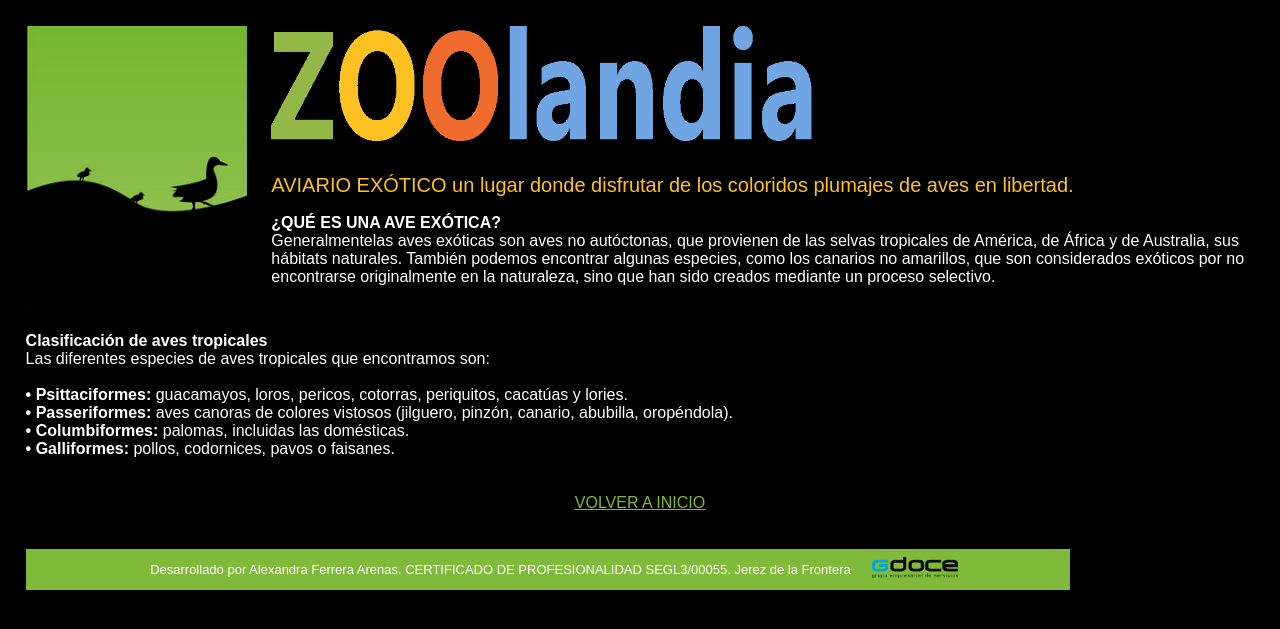
Repository: iSaan86/EV_Pr-ctica_Zoolandia
Page: aviario.html
The author's editor kept a copy of each file at every save. The page is drawn from the files as they stood at one save, then again after the next save.
The browser window is 1280 px wide. The pictures show the whole page.

Above is the page before, as saved 2023-11-27 18:37:25.

### aviario.html
<!DOCTYPE html>
<html lang="es-ES">
	<head>
		<title>
			ZOOlandia Aviario
		</title>
		<meta charset="UTF-8">
		<meta name="viewport" content="width=device-width, initial-scale=1.0">
		<meta name="keywords" content="zoo, aventura, naturaleza, aviario, sabana">
		<meta name="description" content="Aviario Exótico ZOOlandia">
		<meta name="author" content="Alexandra Ferrera Arenas">
		<link rel="icon" type="image/x-icon" href="img/favicon.png">

    </head>

    <body style="background-color:black;font-family: Arial, Helvetica, sans-serif; padding: 2%; margin:0">
     <!--Seccion de arriba-->
     <!--Imagen y texto-->
        <section style="display: flex; width: 100%;">
            <article style="width: 20%; justify-content: center;">
                <img src="img/imagen1.jpg" alt="Aviario Exótico" title="Aviario Exótico" width="90%">
            </article>
            <article style="width: 80%">
                <section>
                    <img src="img/zoolandia_titulo.gif" alt="Zoolandia Logo" width="55%" style="text-align: left;">
                </section>
                <section style="margin:3% 0%">
                    <h2 style="color:#fdc122; text-align: left; font-weight: normal; font-size: 20px;">
                        AVIARIO EXÓTICO un lugar donde disfrutar de los coloridos plumajes de aves en libertad.
                    </h2>
                    <p style="color: white;font-weight: lighter;">
                        <strong> ¿QUÉ ES UNA AVE EXÓTICA?</strong>
                        <br>Generalmentelas aves exóticas son aves no autóctonas, que provienen de las selvas tropicales de América, de África y de Australia, sus hábitats naturales. También podemos encontrar algunas especies, como los canarios no amarillos, que son considerados exóticos por no encontrarse originalmente en la naturaleza, sino que han sido creados mediante un proceso selectivo.
                    </p>
                </section>
            </article>
        </section>
    <!--Texto Clasificación Aves-->

        <section>
            <p  style="color: white; font-weight: lighter;">
                <strong> Clasificación de aves tropicales</strong>
                <br>Las diferentes especies de aves tropicales que encontramos son:
                <br><br><strong>• Psittaciformes:</strong> guacamayos, loros, pericos, cotorras, periquitos, cacatúas y lories.
                <br><strong>• Passeriformes:</strong> aves canoras de colores vistosos (jilguero, pinzón, canario, abubilla, oropéndola).
                <br><strong>• Columbiformes:</strong> palomas, incluidas las domésticas.
                <br><strong>• Galliformes:</strong> pollos, codornices, pavos o faisanes.
            </p>
        </section>

    <!--Enlace Volver a Inicio-->
       <section style="width: 100%; justify-content: center; align-items:center; text-align: center; margin: 3% 0%">
        <a href="index.html" style="color:#80ba3a"> VOLVER A INICIO</a>
       </section>

    <!--Pie de página-->
        <footer style="display: flex; width: 100%; margin:3% 0%;">
            <section style="display: flex; width: 85%; background-color:#80ba3a; align-items: center; justify-content: center; text-align: center;">
     <!--Texto pie de página-->
                <article style="width: 75%; text-align: right;">
                    <p style="color:white; font-size: 13px;width: 100%;">
                Desarrollado por Alexandra Ferrera Arenas. CERTIFICADO DE PROFESIONALIDAD SEGL3/00055. Jerez de la Frontera
                    </p>
                </article>
     <!--Logo Gdoce pie de página-->
                <article style="width: 15%; margin-left: 2%; text-align: left">
                    <img src="img/logo.png" alt="Logo G-Doce" width="55%">
                </article>
            </section>
        </footer>

    </body>
</html>

After the next save:
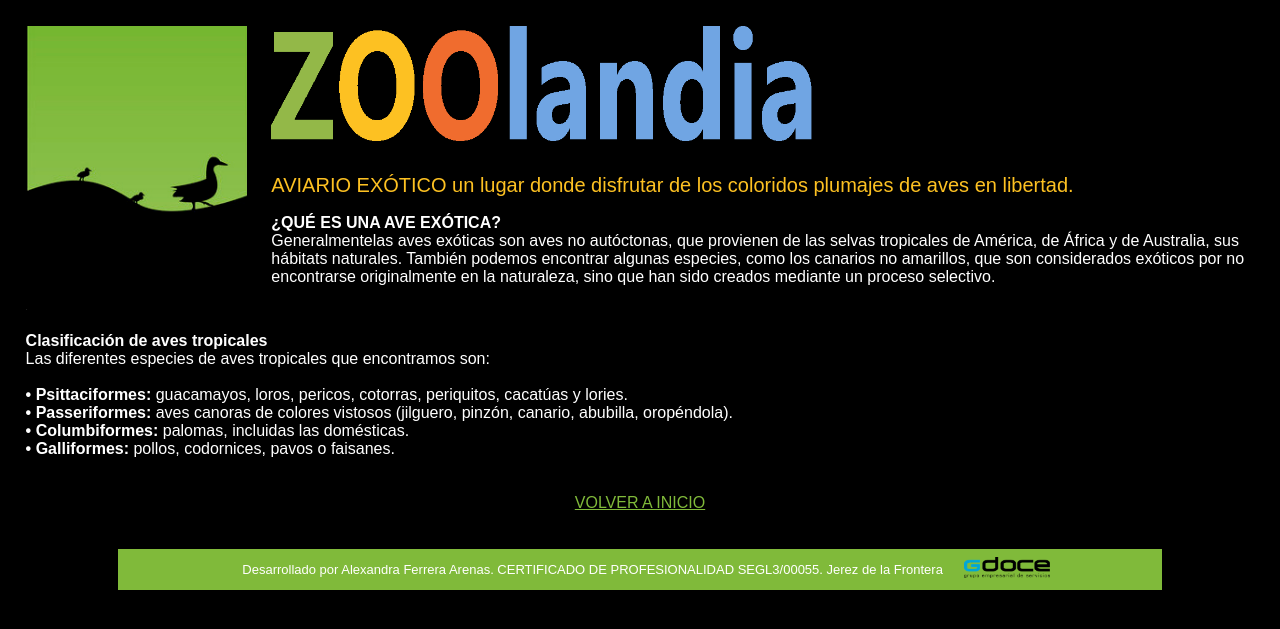
Saved 20 s later.
--- a/aviario.html
+++ b/aviario.html
@@ -54,7 +54,7 @@
        </section>
 
     <!--Pie de página-->
-        <footer style="display: flex; width: 100%; margin:3% 0%;">
+        <footer style="display: flex; width: 100%; margin:3% 0%; align-items: center; justify-content: center; text-align: center">
             <section style="display: flex; width: 85%; background-color:#80ba3a; align-items: center; justify-content: center; text-align: center;">
      <!--Texto pie de página-->
                 <article style="width: 75%; text-align: right;">
